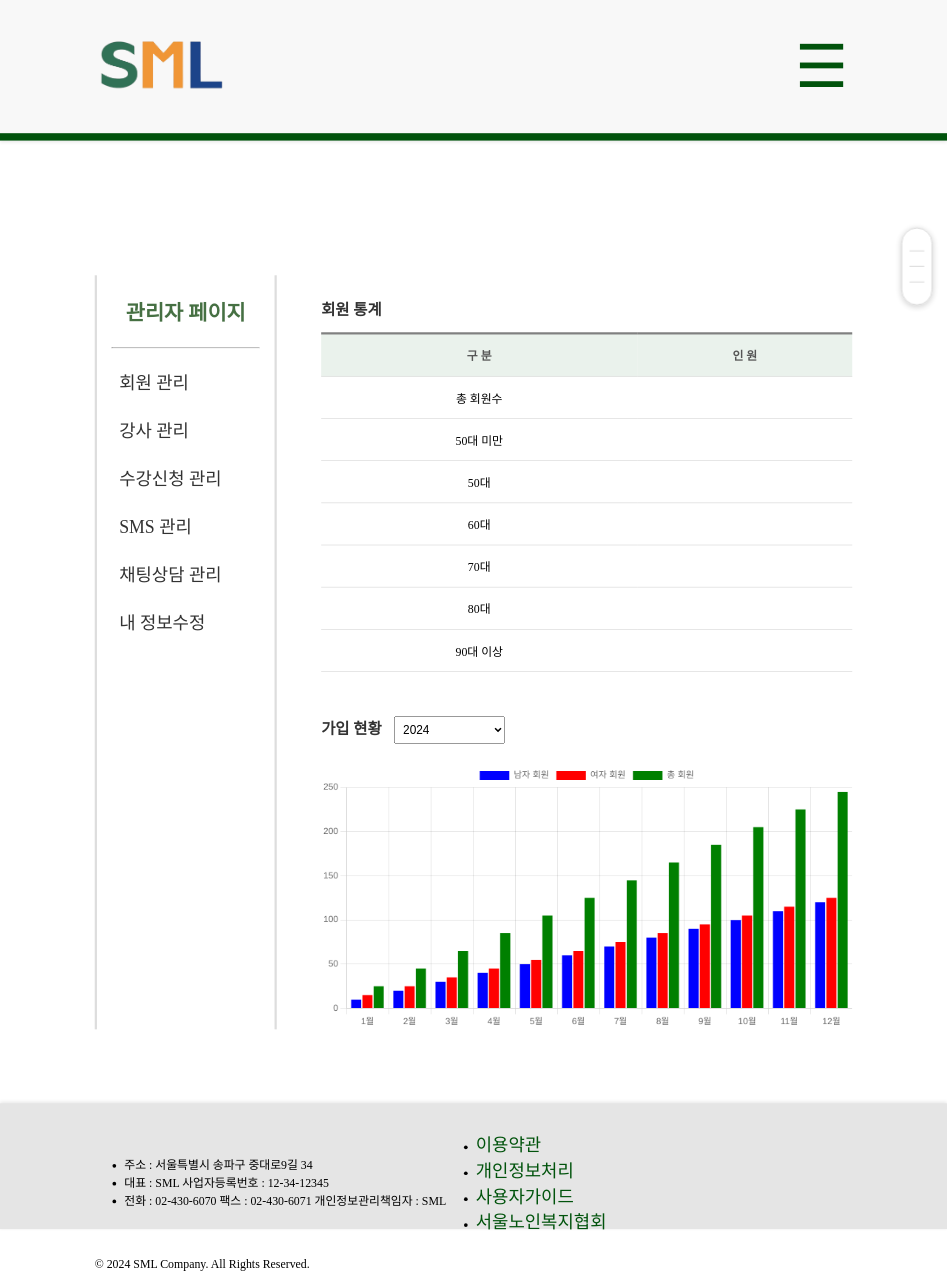
Repository: SML-SpringInMyLife/SML
Page: http://localhost/SML/WEB-INF/views/admin/main.jsp
These files come from the project's save history. The page is drawn as it stood at one moment and after the next save; the edit follows.
The browser window is 1280 px wide. The pictures show the whole page, at 74% of full size.
Some icons come from a web library that is not loaded, so they are not drawn. Some web fonts or font styles are not loaded; a fallback is used. The page is served by Tomcat 9. Nobody is signed in. The template is opened directly, without the code that normally fills it, so the values that code supplies are empty.

Above is the page before, as saved 2024-07-30 04:24:36.
Console error (its wording comes from the project's code and is left out).

After the next save:
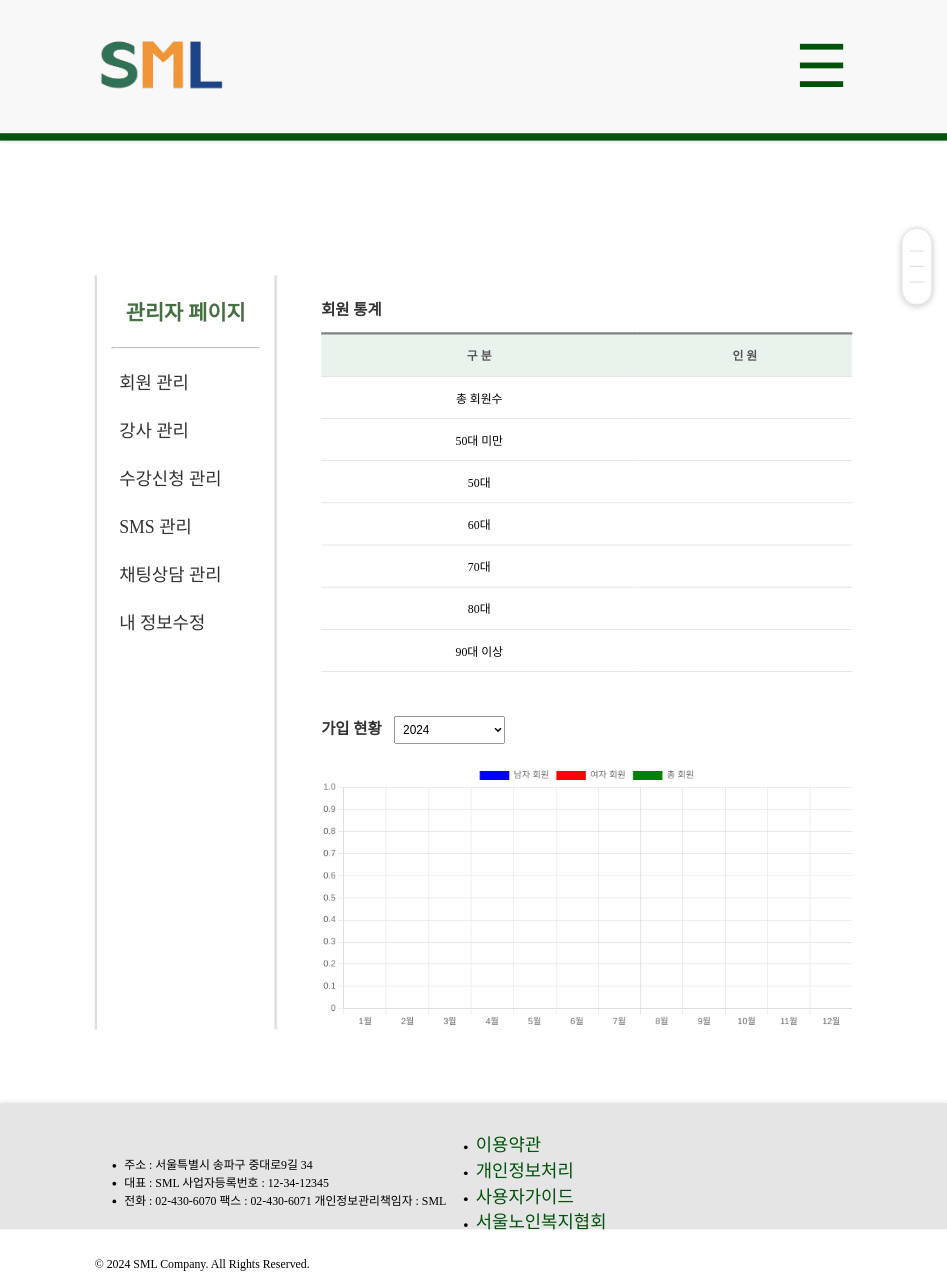
Console error: TypeError: Cannot read properties of undefined (reading 'male')
Saved 2 min 43 s later.
--- a/SML/src/main/webapp/resources/js/admin/admin.js
+++ b/SML/src/main/webapp/resources/js/admin/admin.js
@@ -1,6 +1,8 @@
-    document.addEventListener('DOMContentLoaded', function () {
+      var registrationChart;
+
+        document.addEventListener('DOMContentLoaded', function () {
             var ctx = document.getElementById('registrationChart').getContext('2d');
-            var registrationChart = new Chart(ctx, {
+            registrationChart = new Chart(ctx, {
                 type: 'bar',
                 data: {
                     labels: ['1월', '2월', '3월', '4월', '5월', '6월', '7월', '8월', '9월', '10월', '11월', '12월'],
@@ -8,17 +10,17 @@
                         {
                             label: '남자 회원',
                             backgroundColor: 'blue',
-                            data: [10, 20, 30, 40, 50, 60, 70, 80, 90, 100, 110, 120]  // replace with actual data
+                            data: []  // initial empty data
                         },
                         {
                             label: '여자 회원',
                             backgroundColor: 'red',
-                            data: [15, 25, 35, 45, 55, 65, 75, 85, 95, 105, 115, 125]  // replace with actual data
+                            data: []  // initial empty data
                         },
                         {
                             label: '총 회원',
                             backgroundColor: 'green',
-                            data: [25, 45, 65, 85, 105, 125, 145, 165, 185, 205, 225, 245]  // replace with actual data
+                            data: []  // initial empty data
                         }
                     ]
                 },
@@ -34,4 +36,39 @@
                     }
                 }
             });
+
+            // Load initial data for the default year
+            updateChart();
         });
+
+        function updateChart() {
+            var year = document.getElementById('yearSelect').value;
+
+            // Fetch data from the server based on the selected year
+            // For demonstration, we will use static data. Replace this with an AJAX request to your server.
+            var data = getDataForYear(year);
+
+            registrationChart.data.datasets[0].data = data.male;
+            registrationChart.data.datasets[1].data = data.female;
+            registrationChart.data.datasets[2].data = data.total;
+            registrationChart.update();
+        }
+
+        function getDataForYear(year) {
+            // Replace this with your actual data fetching logic
+            var data = {
+                "2023": {
+                    male: [12, 19, 3, 5, 2, 3, 8, 12, 6, 3, 5, 7],
+                    female: [15, 29, 5, 10, 5, 6, 12, 18, 9, 5, 6, 8],
+                    total: [27, 48, 8, 15, 7, 9, 20, 30, 15, 8, 11, 15]
+                },
+                "2022": {
+                    male: [22, 29, 5, 7, 4, 5, 10, 15, 9, 6, 7, 9],
+                    female: [18, 25, 7, 12, 6, 8, 14, 20, 11, 7, 8, 10],
+                    total: [40, 54, 12, 19, 10, 13, 24, 35, 20, 13, 15, 19]
+                },
+                // Add more years as needed
+            };
+
+            return data[year];
+        }
